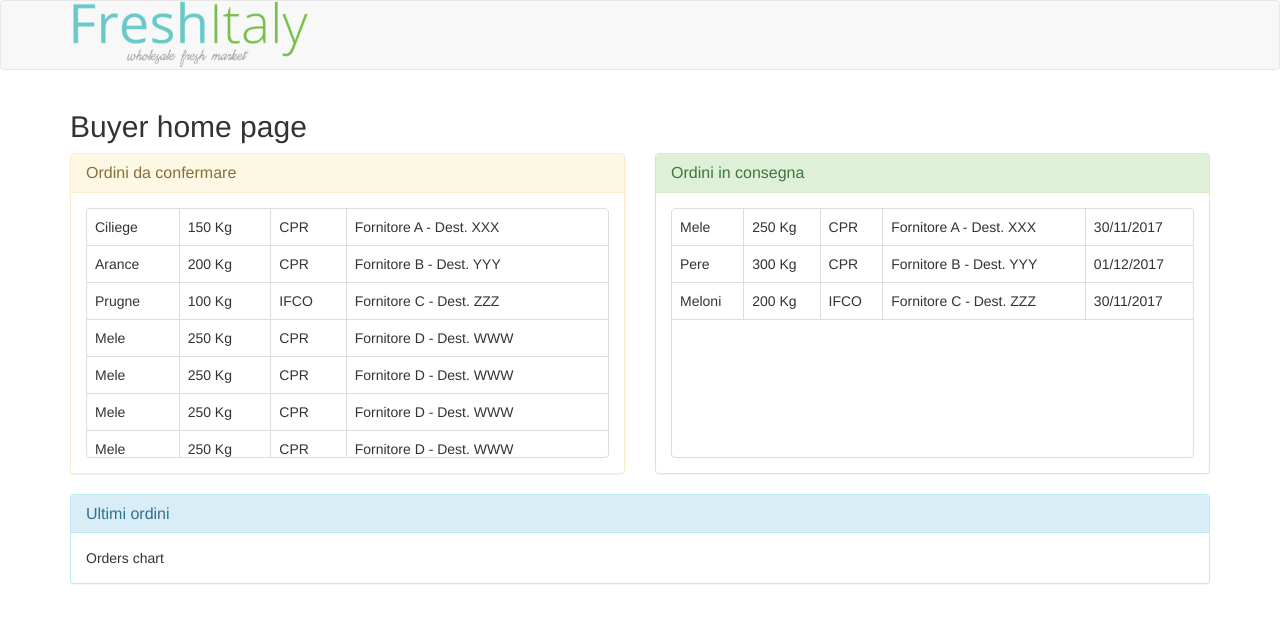
Repository: edikapllani/freshitaly
Page: http://localhost/buyer/home
An editor plug-in stored every save of this project. The page is shown before and after the next save, followed by the edit.
The browser window is 1280 px wide. The pictures show the whole page.
The page is this project's Thymeleaf template; nobody is signed in. The template is opened directly, without the code that normally fills it, so the values that code supplies are empty.

Above is the page before, as saved 2017-11-28 16:35:18.

After the next save:
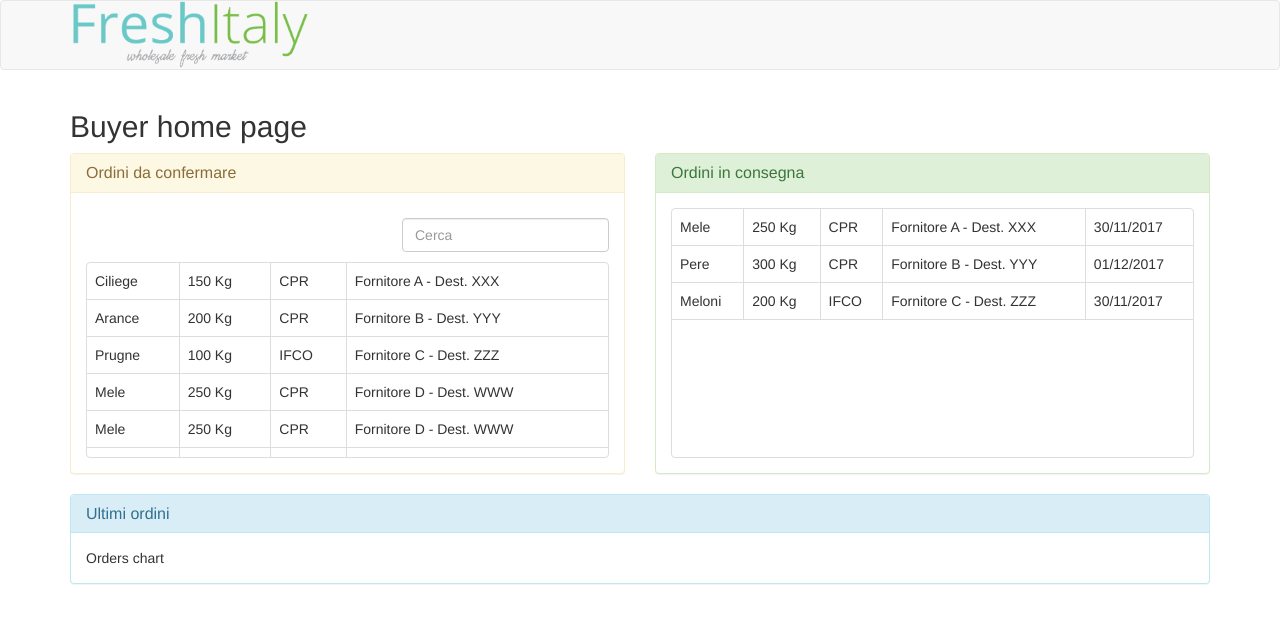
Saved 31 s later.
--- a/FreshItalyWeb/src/main/resources/templates/buyer/home.html
+++ b/FreshItalyWeb/src/main/resources/templates/buyer/home.html
@@ -36,7 +36,7 @@
 							data-height="250"
 				            data-locale="it-IT"
 				            data-toggle="table"
-				            data-show-search="true"
+				            data-search="true"
 				            data-show-header="false">
 				            <thead>
 				                <th data-field="product">Prodotto</th>

After the save that followed:
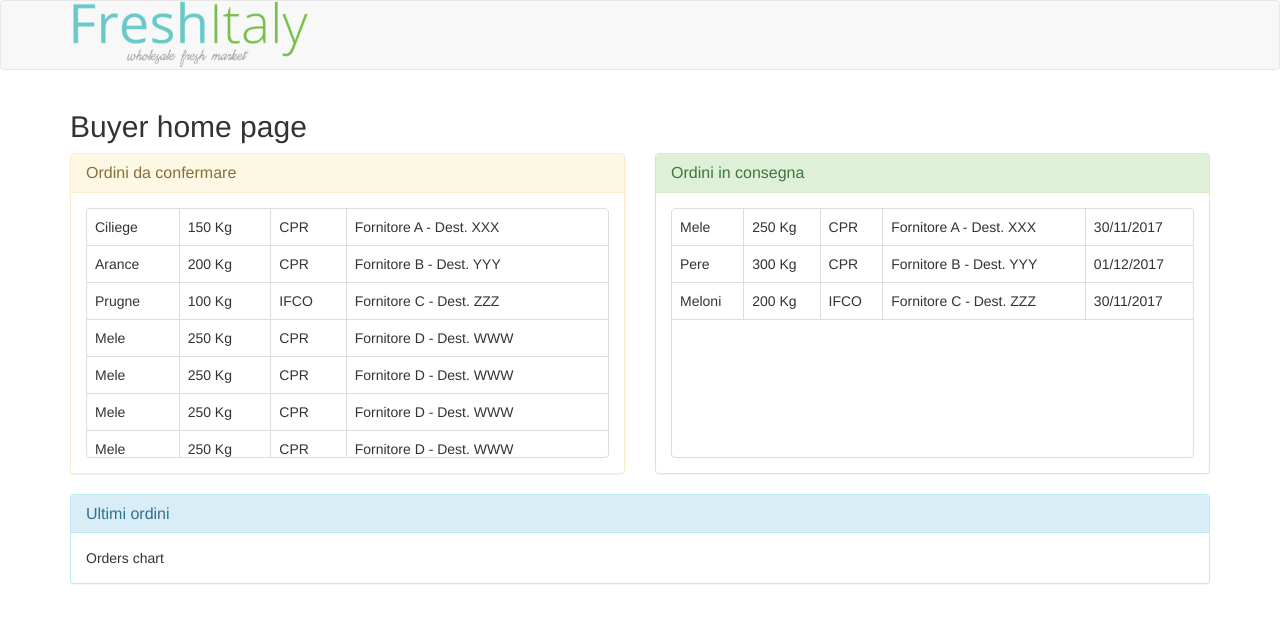
Saved 54 s later.
--- a/FreshItalyWeb/src/main/resources/templates/buyer/home.html
+++ b/FreshItalyWeb/src/main/resources/templates/buyer/home.html
@@ -36,7 +36,6 @@
 							data-height="250"
 				            data-locale="it-IT"
 				            data-toggle="table"
-				            data-search="true"
 				            data-show-header="false">
 				            <thead>
 				                <th data-field="product">Prodotto</th>
